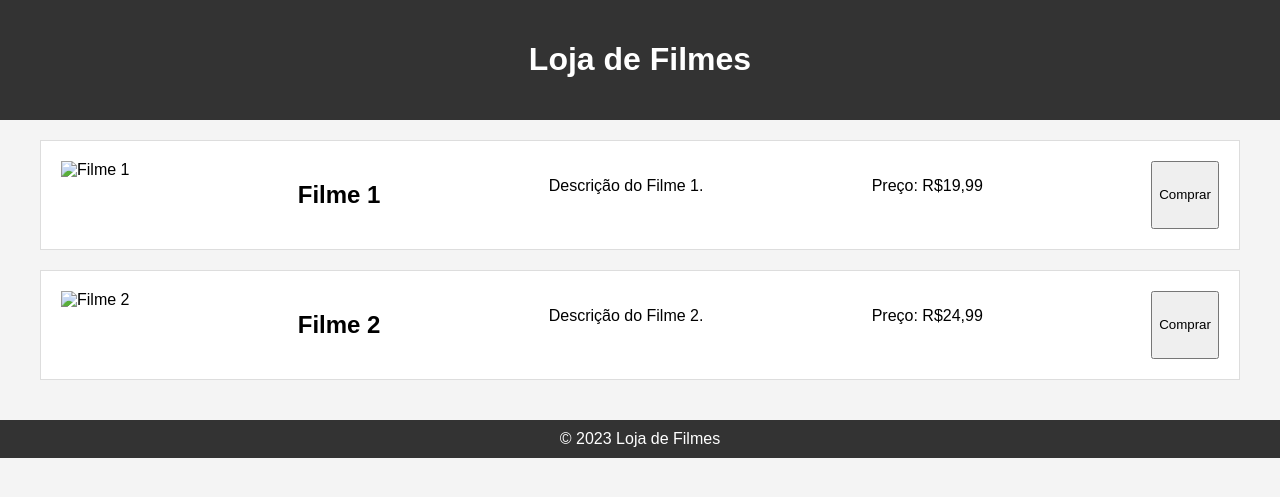
Repository: VictoorLDS/html
Page: index.html
An editor plug-in stored every save of this project. The page is shown before and after the next save, followed by the edit.
The browser window is 1280 px wide. The pictures show the whole page.

Above is the page before, as saved 2023-09-20 17:24:43.
Not found: filme1.jpg
Not found: filme2.jpg

### index.html
<!DOCTYPE html>
<html lang="en">
<head>
    <meta charset="UTF-8">
    <meta name="viewport" content="width=device-width, initial-scale=1.0">
    <title>Loja de Filmes</title>
    <style>
        /* Estilos gerais */
        body {
            font-family: Arial, sans-serif;
            margin: 0;
            padding: 0;
            background-color: #f4f4f4;
        }

        /* Cabeçalho */
        header {
            background-color: #333;
            color: #fff;
            text-align: center;
            padding: 20px;
        }

        /* Conteúdo principal */
        .container {
            max-width: 1200px;
            margin: 0 auto;
            padding: 20px;
        }

        /* Listagem de filmes */
        .filme {
            background-color: #fff;
            border: 1px solid #ddd;
            padding: 20px;
            margin-bottom: 20px;
            display: flex;
            flex-wrap: wrap;
            justify-content: space-between;
        }

        .filme img {
            max-width: 200px;
            height: auto;
        }

        /* Rodapé */
        footer {
            background-color: #333;
            color: #fff;
            text-align: center;
            padding: 10px;
        }

        /* Estilos responsivos */
        @media (max-width: 768px) {
            .filme {
                flex-direction: column;
                align-items: center;
                text-align: center;
            }
        }
    </style>
</head>
<body>
    <header>
        <h1>Loja de Filmes</h1>
    </header>
    <div class="container">
        <div class="filme">
            <img src="filme1.jpg" alt="Filme 1">
            <h2>Filme 1</h2>
            <p>Descrição do Filme 1.</p>
            <p>Preço: R$19,99</p>
            <button>Comprar</button>
        </div>
        <div class="filme">
            <img src="filme2.jpg" alt="Filme 2">
            <h2>Filme 2</h2>
            <p>Descrição do Filme 2.</p>
            <p>Preço: R$24,99</p>
            <button>Comprar</button>
        </div>
        <!-- Adicione mais filmes aqui -->
    </div>
    <footer>
        &copy; 2023 Loja de Filmes
    </footer>
</body>
</html>

After the next save:
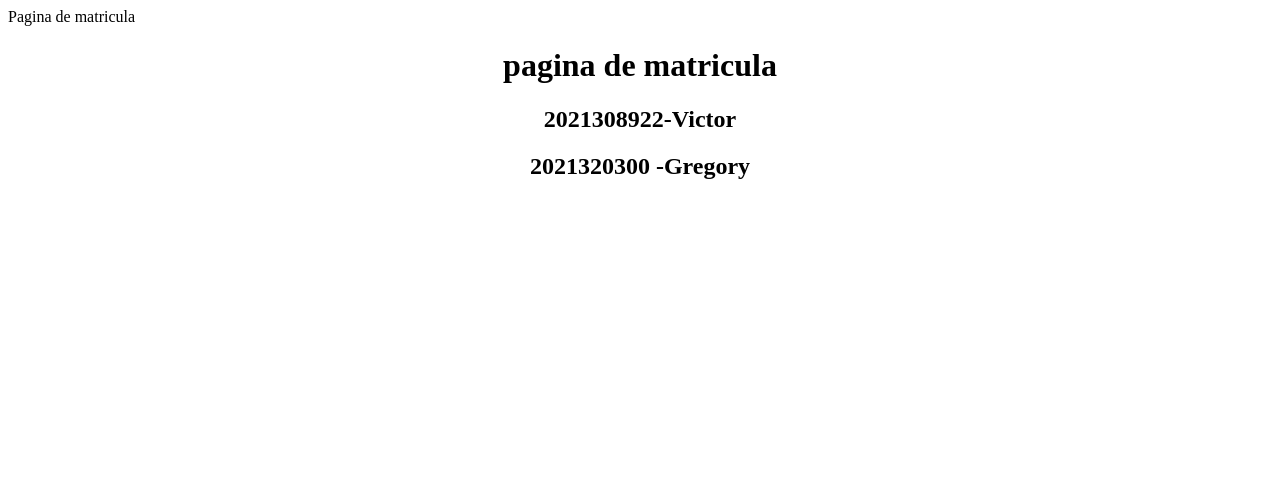
Saved 66 s later.
--- a/index.html
+++ b/index.html
@@ -1,90 +1,13 @@
-<!DOCTYPE html>
-<html lang="en">
+<html>
 <head>
-    <meta charset="UTF-8">
-    <meta name="viewport" content="width=device-width, initial-scale=1.0">
-    <title>Loja de Filmes</title>
-    <style>
-        /* Estilos gerais */
-        body {
-            font-family: Arial, sans-serif;
-            margin: 0;
-            padding: 0;
-            background-color: #f4f4f4;
-        }
-
-        /* Cabeçalho */
-        header {
-            background-color: #333;
-            color: #fff;
-            text-align: center;
-            padding: 20px;
-        }
-
-        /* Conteúdo principal */
-        .container {
-            max-width: 1200px;
-            margin: 0 auto;
-            padding: 20px;
-        }
-
-        /* Listagem de filmes */
-        .filme {
-            background-color: #fff;
-            border: 1px solid #ddd;
-            padding: 20px;
-            margin-bottom: 20px;
-            display: flex;
-            flex-wrap: wrap;
-            justify-content: space-between;
-        }
-
-        .filme img {
-            max-width: 200px;
-            height: auto;
-        }
-
-        /* Rodapé */
-        footer {
-            background-color: #333;
-            color: #fff;
-            text-align: center;
-            padding: 10px;
-        }
-
-        /* Estilos responsivos */
-        @media (max-width: 768px) {
-            .filme {
-                flex-direction: column;
-                align-items: center;
-                text-align: center;
-            }
-        }
-    </style>
+<meta charset="utf-8">
+<tittle>Pagina de matricula <tittle>
 </head>
 <body>
-    <header>
-        <h1>Loja de Filmes</h1>
-    </header>
-    <div class="container">
-        <div class="filme">
-            <img src="filme1.jpg" alt="Filme 1">
-            <h2>Filme 1</h2>
-            <p>Descrição do Filme 1.</p>
-            <p>Preço: R$19,99</p>
-            <button>Comprar</button>
-        </div>
-        <div class="filme">
-            <img src="filme2.jpg" alt="Filme 2">
-            <h2>Filme 2</h2>
-            <p>Descrição do Filme 2.</p>
-            <p>Preço: R$24,99</p>
-            <button>Comprar</button>
-        </div>
-        <!-- Adicione mais filmes aqui -->
-    </div>
-    <footer>
-        &copy; 2023 Loja de Filmes
-    </footer>
+<center>
+<h1> pagina de matricula</h1>
+<h2>2021308922-Victor </h2>
+<h2>2021320300 -Gregory</h2>
+</center>
 </body>
 </html>
